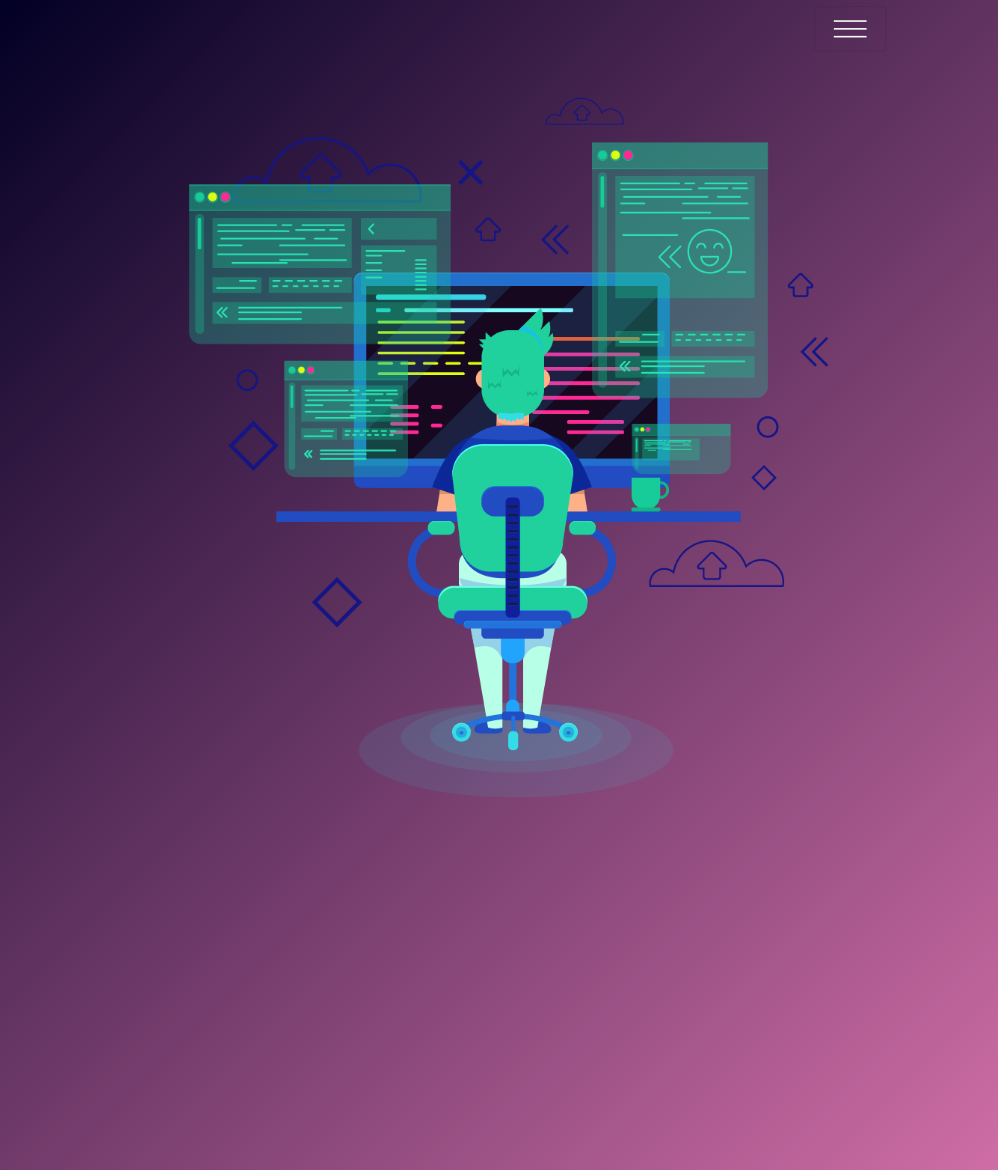
Repository: JuanPabloDS/portifolio
Page: http://localhost/
An editor plug-in stored every save of this project. The page is shown before and after the next save, followed by the edit.
The browser window is 1280 px wide. The pictures show the whole page, at 78% of full size.
The page is served by the project's application, run on Django 4.2 (manage.py). Other server files are loaded and not shown.

Above is the page before, as saved 2023-02-24 16:59:24.

### core/templates/index.html
{% extends 'base.html' %}

{% block content %}

{% include 'perfil.html' %}

{% include 'footer.html' %}

{% endblock %}

### core/templates/base.html
{% load static %}
<!DOCTYPE html>
<html lang="pt-br">

    <head>
        <!-- Required meta tags -->
        <meta charset="UTF-8">
        <meta http-equiv="X-UA-Compatible" content="IE=edge">
        <meta name="viewport" content="width=device-width, initial-scale=1.0">
        <title>Portifólio</title>

        <!-- Bootstrap CSS -->
        <link rel="stylesheet" href="{% static 'css/bootstrap.min.css' %}">
        <link rel="stylesheet" href="{% static 'css/style.css' %}">


    </head>

    <body>
        <div class="pos-f-t">
            <nav class="navbar navbar-light menu">
              <button class="navbar-toggler" type="button" data-toggle="collapse" data-target="#navbarToggleExternalContent" aria-controls="navbarToggleExternalContent" aria-expanded="false" aria-label="Toggle navigation">
                <div class="burger"><i></i><i></i><i></i></div>
              </button>
            </nav>
            <div class="collapse" id="navbarToggleExternalContent">
              <div class="bg-dark p-4">
                <div class="menu-itens">
                  <h1>HOME</h1>
                </div>
                <div class="menu-itens">
                  <h1>HOME</h1>
                </div>
                <div class="menu-itens">
                  <h1>HOME</h1>
                </div>
                <div class="menu-itens">
                  <h1>HOME</h1>
                </div>
              </div>
            </div>
          </div>
{% block content %}
{% endblock %}

### core/templates/perfil.html
{% load static %}
<div class="perfil">
    <img src="{% static '/img/site/site.png' %}" alt="">
</div>

### core/templates/footer.html
{% load static %}
<!-- jQuery first, then Tether, then Bootstrap JS. -->
<script src="{% static 'js/jquery.js' %}"></script>
<script src="{% static 'js/bootstrap.js' %}" ></script>
<script src="{% static 'js/bootstrap.min.js' %}" ></script>
<script src="{% static 'js/bootstrap.bundle.js' %}" ></script>
<script src="{% static 'js/bootstrap.bundle.min.js' %}" ></script>
</body>
</html>

### core/views.py
from django.views.generic import TemplateView

class IndexView(TemplateView):
    template_name: str = 'index.html'

### portifolio/urls.py
"""portifolio URL Configuration

The `urlpatterns` list routes URLs to views. For more information please see:
    https://docs.djangoproject.com/en/4.1/topics/http/urls/
Examples:
Function views
    1. Add an import:  from my_app import views
    2. Add a URL to urlpatterns:  path('', views.home, name='home')
Class-based views
    1. Add an import:  from other_app.views import Home
    2. Add a URL to urlpatterns:  path('', Home.as_view(), name='home')
Including another URLconf
    1. Import the include() function: from django.urls import include, path
    2. Add a URL to urlpatterns:  path('blog/', include('blog.urls'))
"""
from django.contrib import admin
from django.urls import path, include

from django.conf.urls.static import static
from django.conf import settings

urlpatterns = [
    path('admin/', admin.site.urls),
    path('', include('core.urls')),
] + static(settings.MEDIA_URL, document_root=settings.MEDIA_ROOT)

### core/urls.py
from django.urls import path
from .views import IndexView

urlpatterns = [
    path('', IndexView.as_view(), name='index')
]

### core/static/css/style.css
/*! Menu inicial */

body{
    width: 80%;
    margin: auto;
    height: 1500px;
    background: linear-gradient(
  135deg,
  rgba(2, 0, 36, 1) 0%,
  #cf6da6 100%,
  #8385c2 100%
);

}

@media screen and (max-width: 600px) {
    body{
        width: 100%;
        margin: auto;
    }

}

.burger {
    z-index: 9998;
    cursor: pointer;
    padding: 5px 4px;
    background-color: transparent;
}

.burger i {
    display: block;
    width: 42px;
    height: 2px;
    margin: 8px;
    background-color: white;
}

.burger:active,
.burger:focus {
 outline-color:0;
 outline-style:none;
 outline-width:0
}
.burger i {
 display:block;
 width:42px;
 height:2px;
 margin:8px;
 background-color:white
}


.menu{
    height: 20%;

    color: white;
}

.menu button{
    position: relative;
    right: inherit;
    float: right;
    margin-left: auto;
    color: white;
}

.menu span {
    color: white;
}



.menu-itens {
    height: 80px;
    background-color: blue;
    text-align: center;
    padding-top: 13px;
    margin-bottom: 10px;
    font-size: 50%;
}

@media screen and (max-width: 600px){
    .menu button{
        position: relative;
        padding-top: 0;
        right: inherit;
        padding-right: 0;
        padding-left: 5px;
        padding-bottom: 0;
        width: 60px;
        height: 50px;
    }

    .menu-itens {
        height: 30px;
        background-color: blue;
    }

    .menu-itens h1 {
        font-size: 150%;
        line-height: 0.2;
    }

    .burger i {
        width:25px;
        height:2px;
       }
}


.perfil img {
    width: 1000px;
    height: 1000px;
    float: right;
}

/*! Fim Menu inicial */

/*! Perfil */

Loaded but not shown: core/static/css/bootstrap.min.css (library); core/static/js/jquery.js (library); core/static/js/bootstrap.js (library); core/static/js/bootstrap.min.js (library); core/static/js/bootstrap.bundle.js (library); core/static/js/bootstrap.bundle.min.js (library)

After the next save:
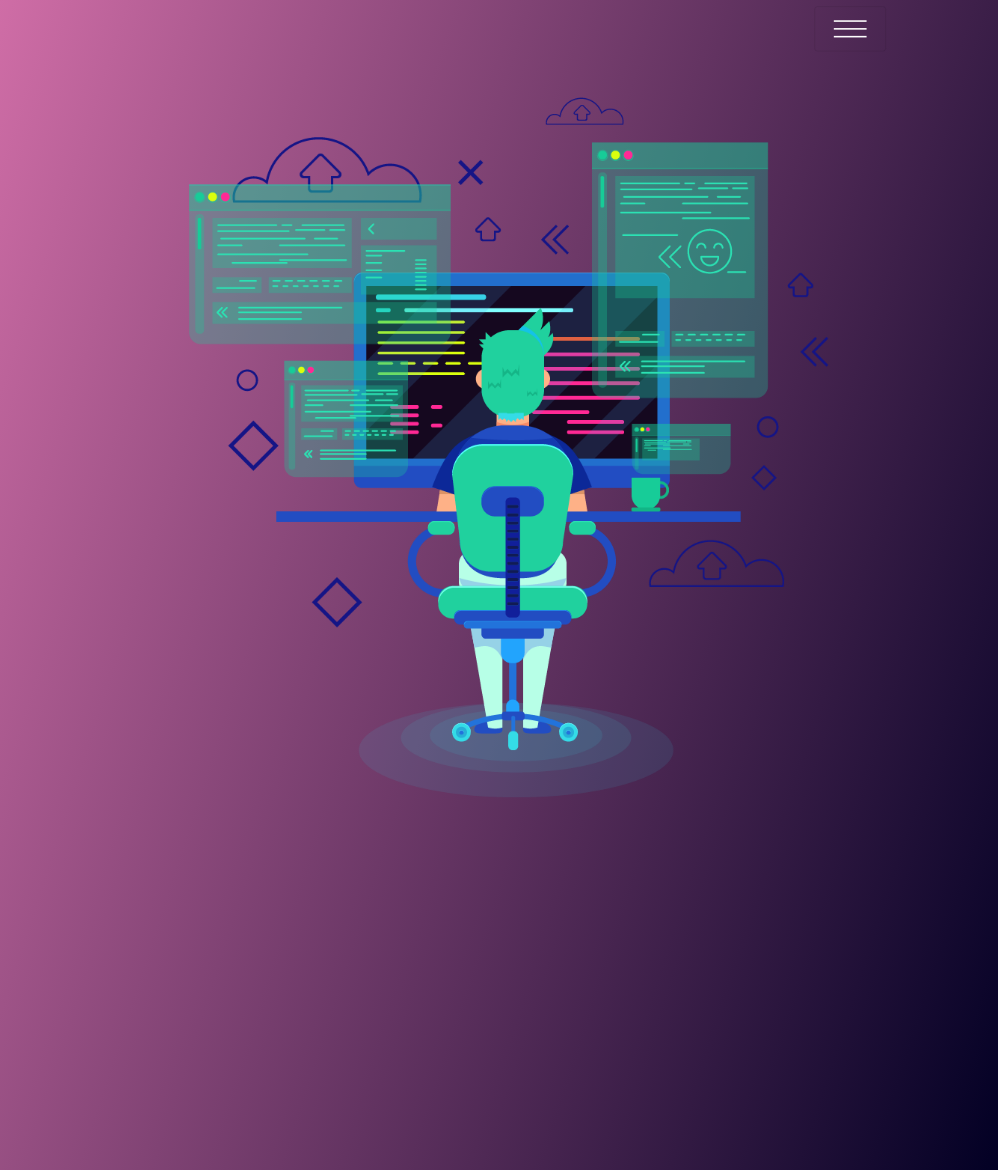
Saved 82 s later.
--- a/core/static/css/style.css
+++ b/core/static/css/style.css
@@ -5,7 +5,7 @@ body{
     margin: auto;
     height: 1500px;
     background: linear-gradient(
-  135deg,
+    -0.2turn,
   rgba(2, 0, 36, 1) 0%,
   #cf6da6 100%,
   #8385c2 100%
